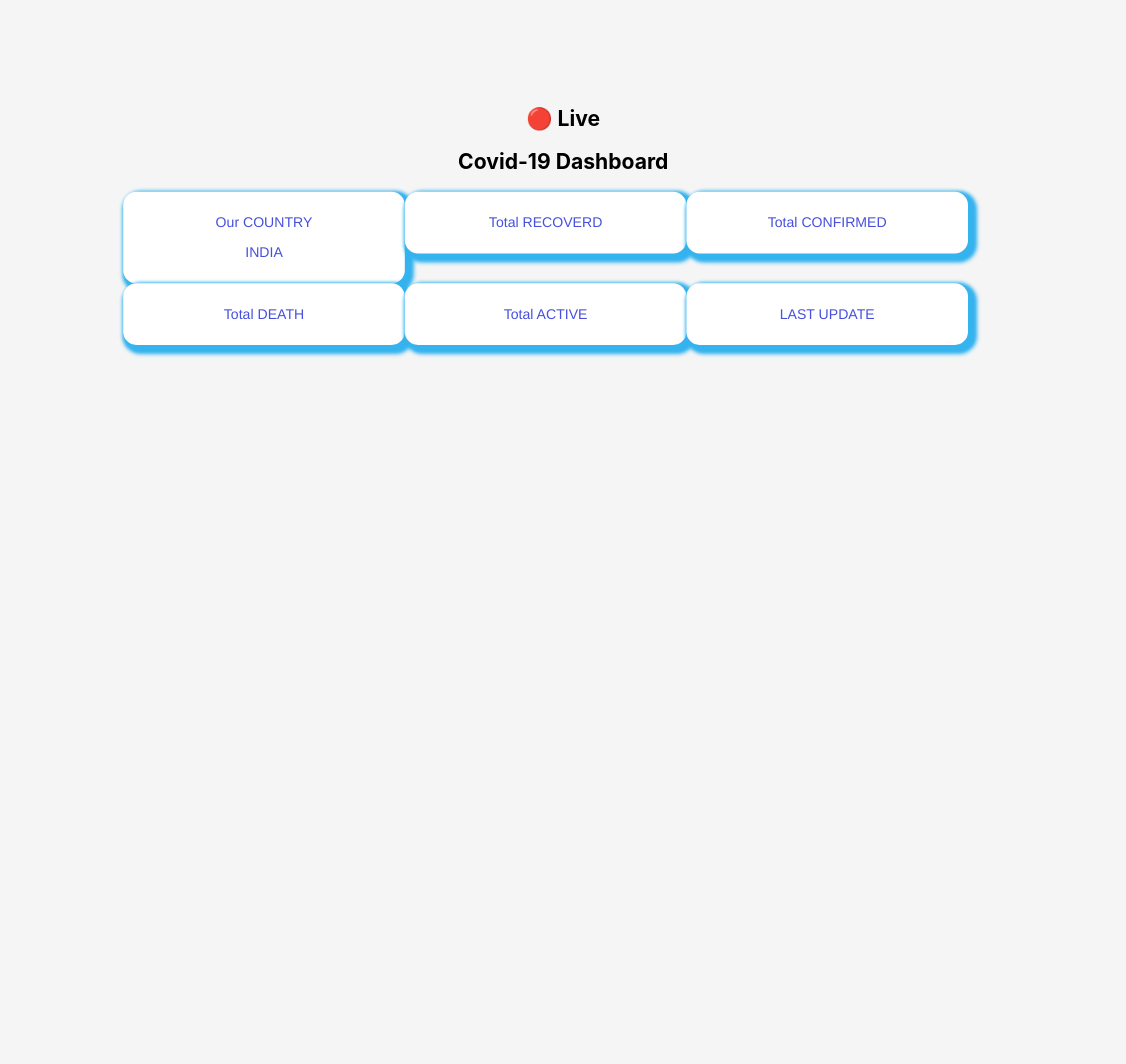
Repository: Aniketlamage/covid19-dashboard
Page: /
An editor plug-in stored every save of this project. The page is shown before and after the next save, followed by the edit.
The browser window is 1280 px wide. The pictures show the whole page, at 88% of full size.
The page's requests for data from a server got no answer. The project was rebuilt for these pictures with package versions that can differ from the ones it lists, and the page was loaded fresh each time. No one was signed in, and anything a server would have sent is missing.

Above is the page before, as saved 2021-09-30 19:59:33.

After the next save:
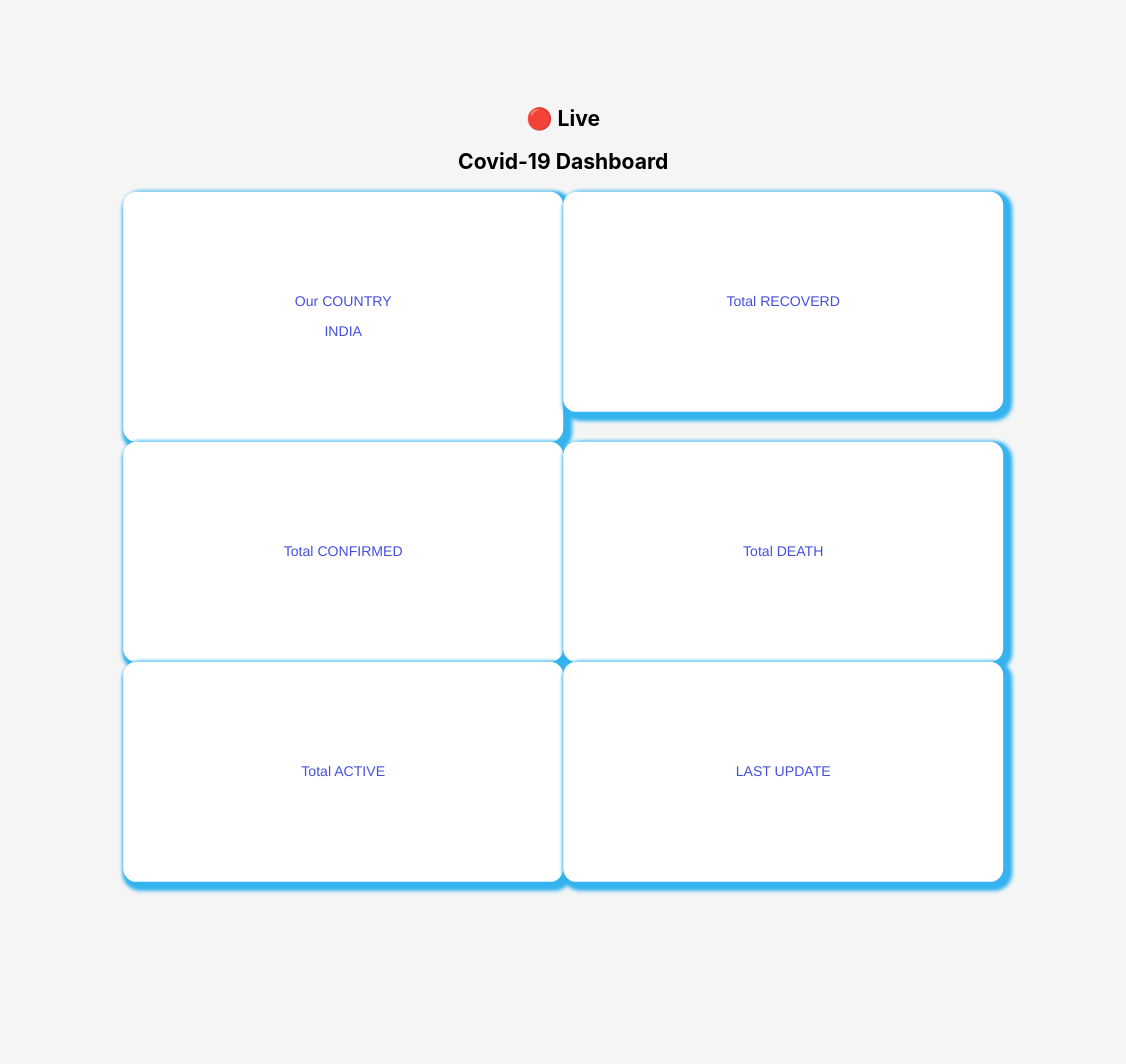
Saved 6 s later.
--- a/src/components/covid.css
+++ b/src/components/covid.css
@@ -28,7 +28,7 @@ div.card__main {
     background-color: white;
     border-radius: 15px;
     width: 300px;
-    padding: 10px;
+    padding: 100px;
     margin: 0;
     align-items: center;
     box-shadow: 4px 4px 4px 4px #35b3ee, 5px 5px 5px 5px #35b3ee;
